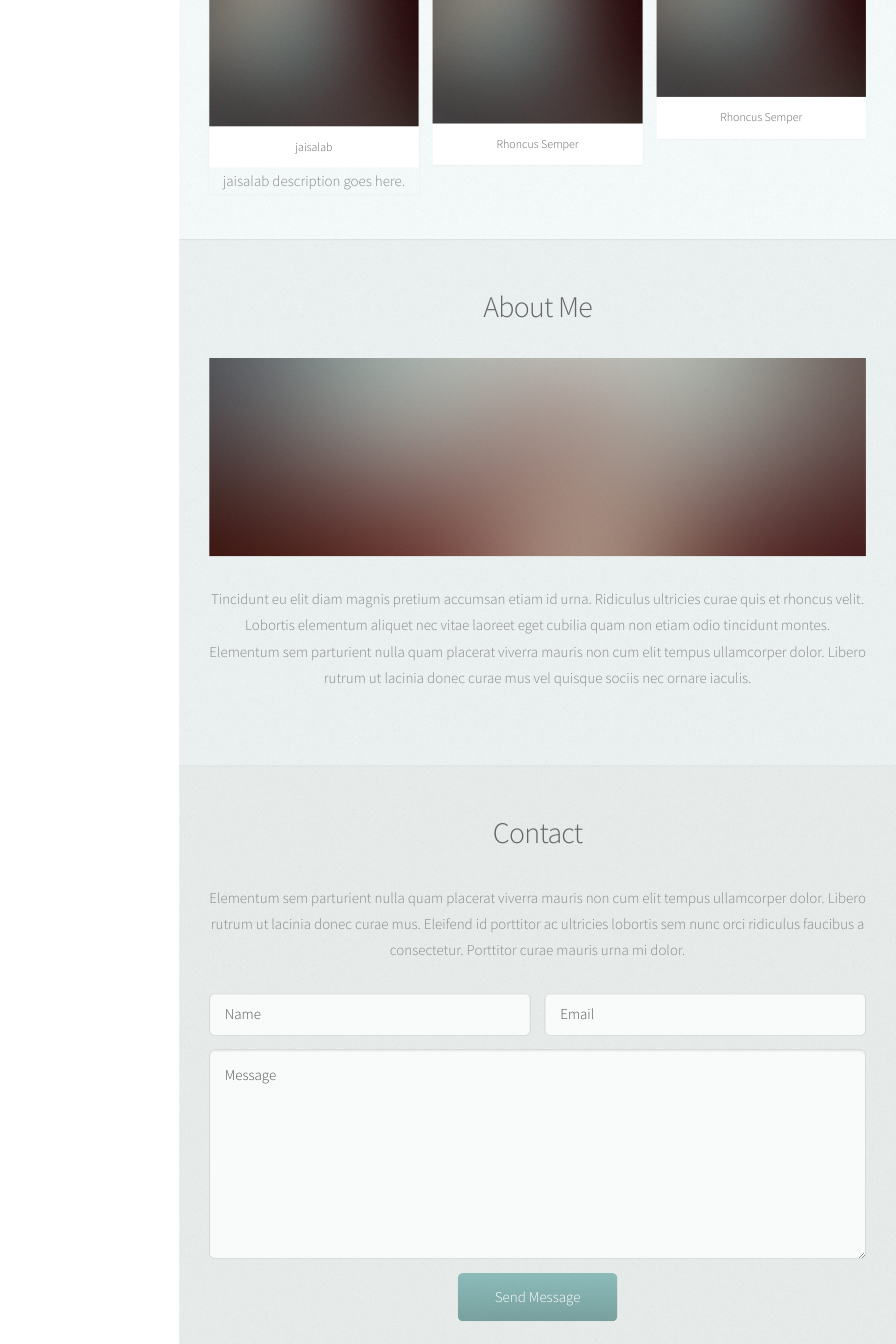
Repository: jaimesabalimperial/jaimesabalimperial.github.io
Page: index.html
The author's editor kept a copy of each file at every save. The page is drawn from the files as they stood at one save, then again after a run of saves.
The browser window is 1280 px wide. The pictures show the part of the page from y = 1258 to 3178 px (the page is 3367 px tall before and 3371 px after), at 70% of full size.

Above is the page before, as saved 2022-10-04 14:02:27.

### index.html
<!DOCTYPE HTML>
<!--
	Prologue by HTML5 UP
	html5up.net | @ajlkn
	Free for personal and commercial use under the CCA 3.0 license (html5up.net/license)
-->
<html>
	<head>
		<title>Prologue by HTML5 UP</title>
		<meta charset="utf-8" />
		<meta name="viewport" content="width=device-width, initial-scale=1, user-scalable=no" />
		<link rel="stylesheet" href="assets/css/main.css" />
	</head>
	<body class="is-preload">

		<!-- Header -->
			<div id="header">

				<div class="top">

					<!-- Logo -->
						<div id="logo">
							<span class="image avatar48"><img src="images/profile2.jpeg" alt="" /></span>
							<h1 id="title">Jaime Sabal Bermúdez</h1>
							<p>Machine Learning Engineer/Researcher</p>
						</div>

					<!-- Nav -->
						<nav id="nav">
							<ul>
								<li><a href="#top" id="top-link"><span class="icon solid fa-home">Intro</span></a></li>
								<li><a href="#portfolio" id="portfolio-link"><span class="icon solid fa-th">Portfolio</span></a></li>
								<li><a href="#about" id="about-link"><span class="icon solid fa-user">About Me</span></a></li>
								<li><a href="#contact" id="contact-link"><span class="icon solid fa-envelope">Contact</span></a></li>
							</ul>
						</nav>

				</div>

				<div class="bottom">

					<!-- Social Icons -->
						<ul class="icons">
							<li><a href="#" class="icon brands fa-twitter"><span class="label">Twitter</span></a></li>
							<li><a href="#" class="icon brands fa-facebook-f"><span class="label">Facebook</span></a></li>
							<li><a href="https://github.com/jaimesabalimperial" class="icon brands fa-github"><span class="label">Github</span></a></li>
							<li><a href="https://medium.com/@jsabalb" class="icon brands fa-medium"><span class="label">Medium</span></a></li>
							<li><a href="mailto: jsabalb@gmail.com" class="icon solid fa-envelope"><span class="label">Email</span></a></li>
						</ul>

				</div>

			</div>

		<!-- Main -->
			<div id="main">

				<!-- Intro -->
					<section id="top" class="one dark cover">
						<div class="container">

							<header>
								<h2 class="alt">Hi! I'm <strong>Jaime</strong>, an aspiring <br />
								researcher in machine learning</a>.</h2>
								<p>My interests specifically revolve around reinforcement learning <br />
								and robot learning and control (with focus on evolutionary algorithms).</p>
							</header>

							<footer>
								<a href="#about" class="button scrolly">About Me</a>
							</footer>

						</div>
					</section>

				<!-- Portfolio -->
					<section id="portfolio" class="two">
						<div class="container">

							<header>
								<h2>Portfolio</h2>
							</header>

							<p>I've worked on a variety of projects concerning machine learning. Some notable
							examples include <strong>jaisalab</strong>, a framework for evaluating and developing
							constrained RL algorithms, and <strong>niteshade</strong>, a library that facilitates
							the simulation of cybersecurity attack and defence strategies during online learning.
							All my projects are available on <a href="https://github.com/jaimesabalimperial"><strong>GitHub</strong></a>.</p>

							<div class="row">
								<div class="col-4 col-12-mobile">
									<article class="item">
										<a href="#" class="image fit"><img src="images/pic02.jpg" alt="" /></a>
										<header>
											<h3> <strong>niteshade</strong></h3>
										</header>
										<body>
										<p><font size="-4">niteshade description goes here.</font></p>
										</body>
									</article>
									<article class="item">
										<a href="#" class="image fit"><img src="images/pic03.jpg" alt="" /></a>
										<header>
											<h3><strong>jaisalab</strong></h3>
										</header>
										<body>
										<p><small>jaisalab description goes here.</small></p>
										</body>
									</article>
								</div>
								<div class="col-4 col-12-mobile">
									<article class="item">
										<a href="#" class="image fit"><img src="images/pic02.jpg" alt="" /></a>
										<header>
											<h3> <strong>Mastermind</strong></h3>
										</header>
										<p>Mastermind description goes here.</p>
									</article>
									<article class="item">
										<a href="#" class="image fit"><img src="images/pic03.jpg" alt="" /></a>
										<header>
											<h3>Rhoncus Semper</h3>
										</header>
									</article>
								</div>
								<div class="col-4 col-12-mobile">
									<article class="item">
										<a href="#" class="image fit"><img src="images/pic02.jpg" alt="" /></a>
										<header>
											<h3>Ipsum Feugiat</h3>
										</header>

									</article>
									<article class="item">
										<a href="#" class="image fit"><img src="images/pic03.jpg" alt="" /></a>
										<header>
											<h3>Rhoncus Semper</h3>
										</header>
									</article>
								</div>
							</div>

						</div>
					</section>

				<!-- About Me -->
					<section id="about" class="three">
						<div class="container">

							<header>
								<h2>About Me</h2>
							</header>

							<a href="#" class="image featured"><img src="images/pic08.jpg" alt="" /></a>

							<p>Tincidunt eu elit diam magnis pretium accumsan etiam id urna. Ridiculus
							ultricies curae quis et rhoncus velit. Lobortis elementum aliquet nec vitae
							laoreet eget cubilia quam non etiam odio tincidunt montes. Elementum sem
							parturient nulla quam placerat viverra mauris non cum elit tempus ullamcorper
							dolor. Libero rutrum ut lacinia donec curae mus vel quisque sociis nec
							ornare iaculis.</p>

						</div>
					</section>

				<!-- Contact -->
					<section id="contact" class="four">
						<div class="container">

							<header>
								<h2>Contact</h2>
							</header>

							<p>Elementum sem parturient nulla quam placerat viverra
							mauris non cum elit tempus ullamcorper dolor. Libero rutrum ut lacinia
							donec curae mus. Eleifend id porttitor ac ultricies lobortis sem nunc
							orci ridiculus faucibus a consectetur. Porttitor curae mauris urna mi dolor.</p>

							<form method="post" action="#">
								<div class="row">
									<div class="col-6 col-12-mobile"><input type="text" name="name" placeholder="Name" /></div>
									<div class="col-6 col-12-mobile"><input type="text" name="email" placeholder="Email" /></div>
									<div class="col-12">
										<textarea name="message" placeholder="Message"></textarea>
									</div>
									<div class="col-12">
										<input type="submit" value="Send Message" />
									</div>
								</div>
							</form>

						</div>
					</section>

			</div>

		<!-- Footer -->
			<div id="footer">

				<!-- Copyright -->
					<ul class="copyright">
						<li>&copy; Untitled. All rights reserved.</li><li>Design: <a href="http://html5up.net">HTML5 UP</a></li>
					</ul>

			</div>

		<!-- Scripts -->
			<script src="assets/js/jquery.min.js"></script>
			<script src="assets/js/jquery.scrolly.min.js"></script>
			<script src="assets/js/jquery.scrollex.min.js"></script>
			<script src="assets/js/browser.min.js"></script>
			<script src="assets/js/breakpoints.min.js"></script>
			<script src="assets/js/util.js"></script>
			<script src="assets/js/main.js"></script>

	</body>
</html>

Loaded but not shown: assets/js/jquery.min.js (library); assets/js/jquery.scrolly.min.js (common file); assets/css/fontawesome-all.min.css (library); assets/js/jquery.scrollex.min.js (common file); assets/js/browser.min.js (common file); assets/js/breakpoints.min.js (common file); assets/js/util.js (587 lines, source omitted); assets/js/main.js (123 lines, source omitted); assets/css/main.css (2633 lines, source omitted)

After the next 2 saves:
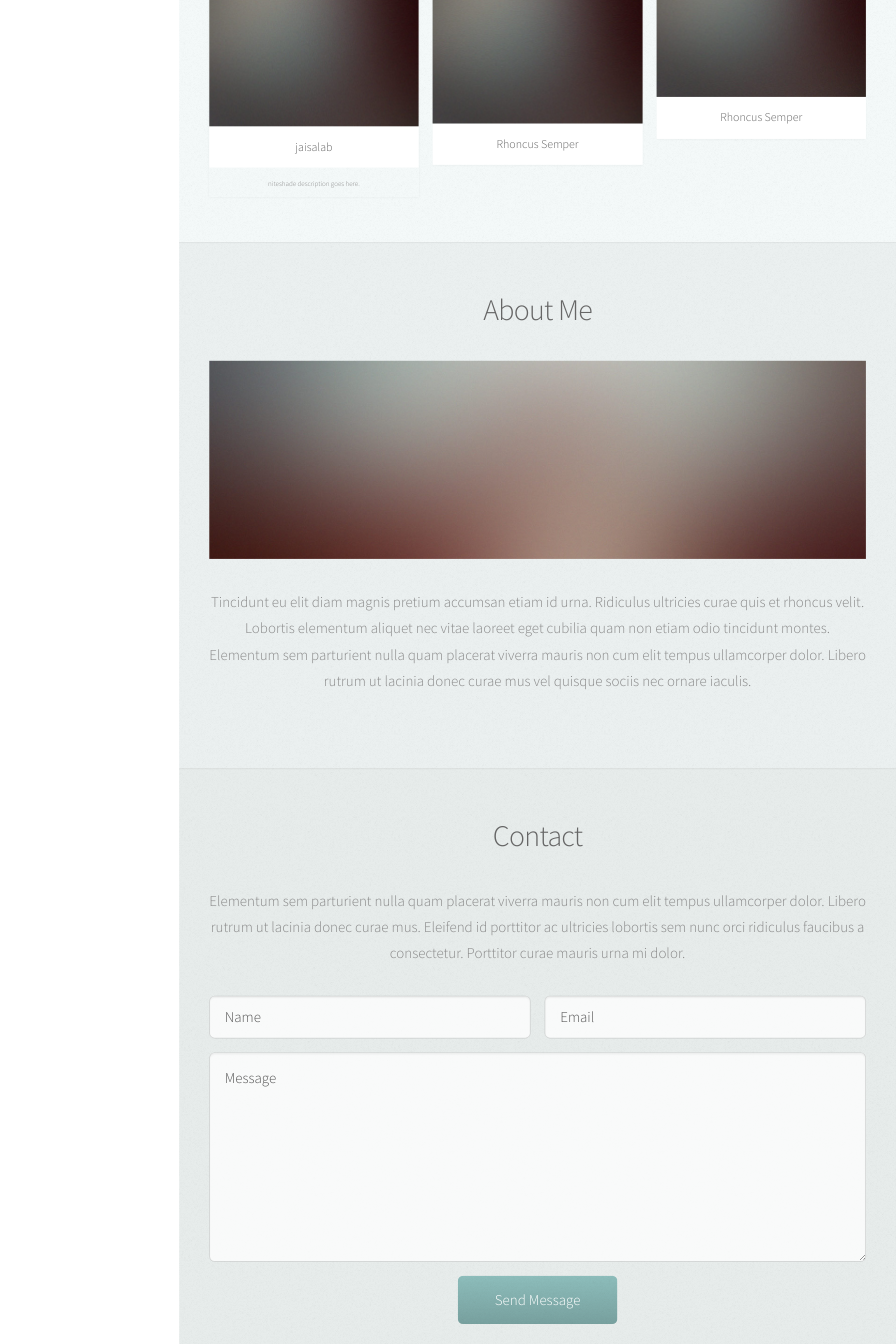
The 2 saves are shown as one change because they came seconds apart.
The last was saved 8 s later.
--- a/index.html
+++ b/index.html
@@ -104,7 +104,7 @@
 											<h3><strong>jaisalab</strong></h3>
 										</header>
 										<body>
-										<p><small>jaisalab description goes here.</small></p>
+										<p><font size="-4">niteshade description goes here.</font></p>
 										</body>
 									</article>
 								</div>
